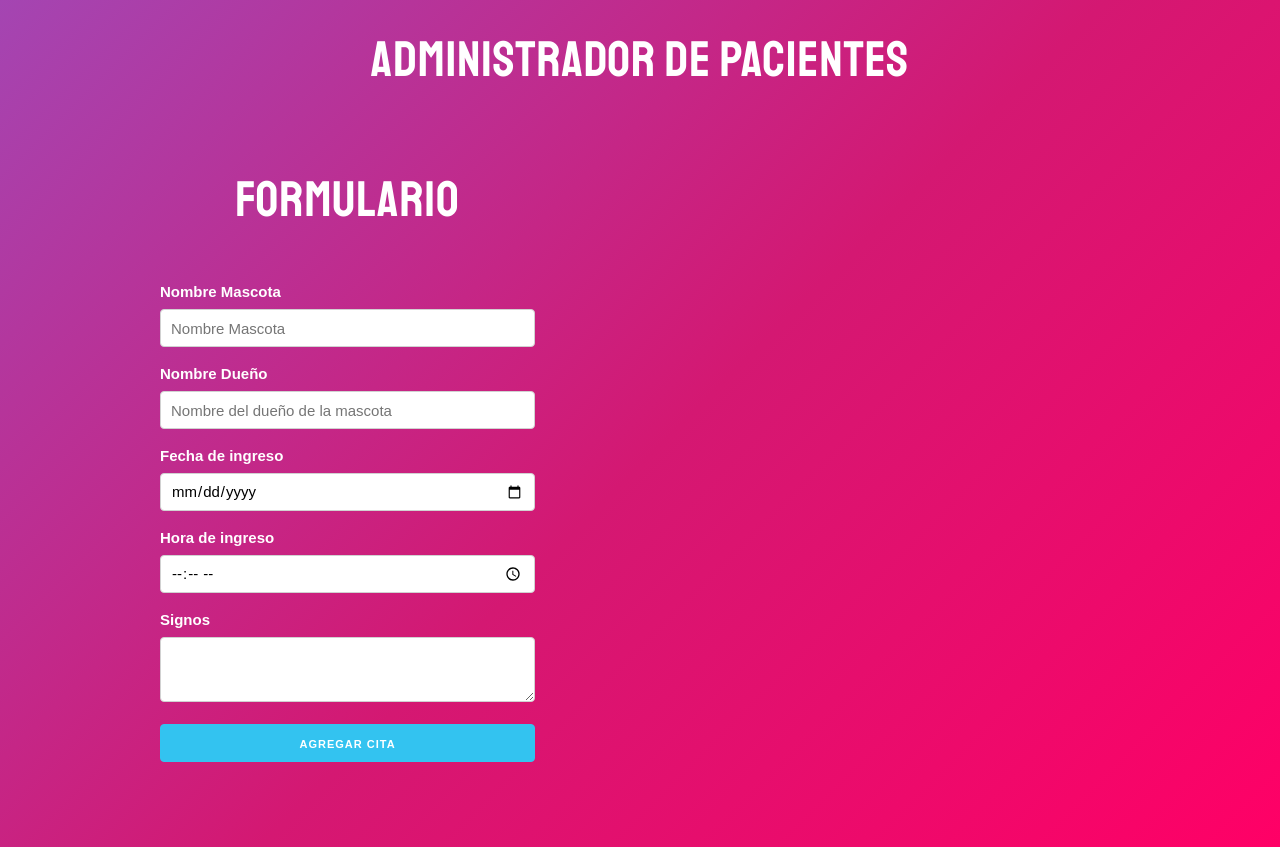
Repository: leonmezu1/react-jdlt
Page: /
These files come from the project's save history. The page is drawn as it stood at one moment and after the next save; the edit follows.
The browser window is 1280 px wide. The pictures show the whole page.
The project was rebuilt for these pictures with package versions that can differ from the ones it lists, and the page was loaded fresh each time. Also part of the build but not shown: src/components/Cita.js.

Above is the page before, as saved 2020-10-06 09:53:48.

After the next save:
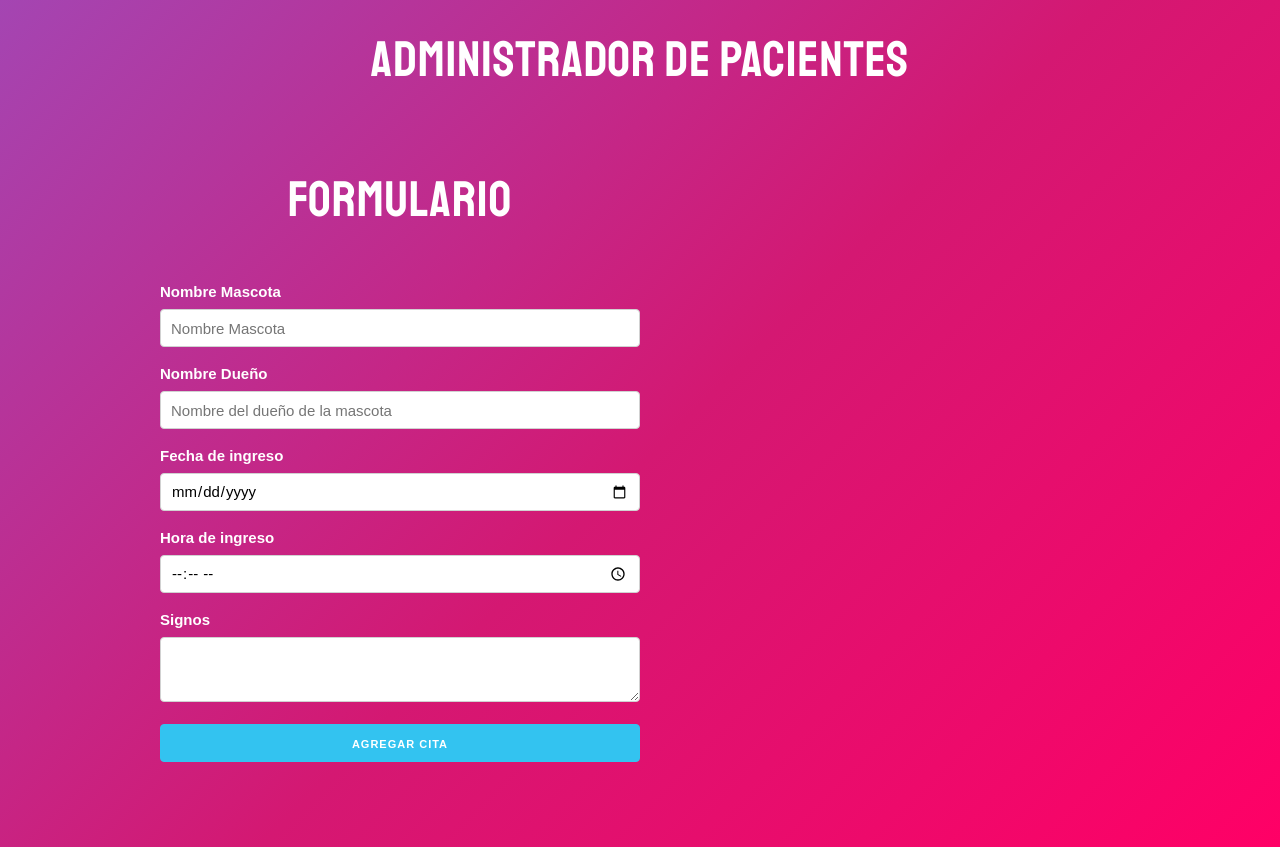
Saved 37 s later.
--- a/src/index.css
+++ b/src/index.css
@@ -21,6 +21,9 @@ h1, h2  {
 }
 .row {
   display: flex;
+}
+.one-half-column{
+  flex-basis: 50%;
 }
 .lista-citas .media {
   border-bottom: 1px solid #e1e1e1;
